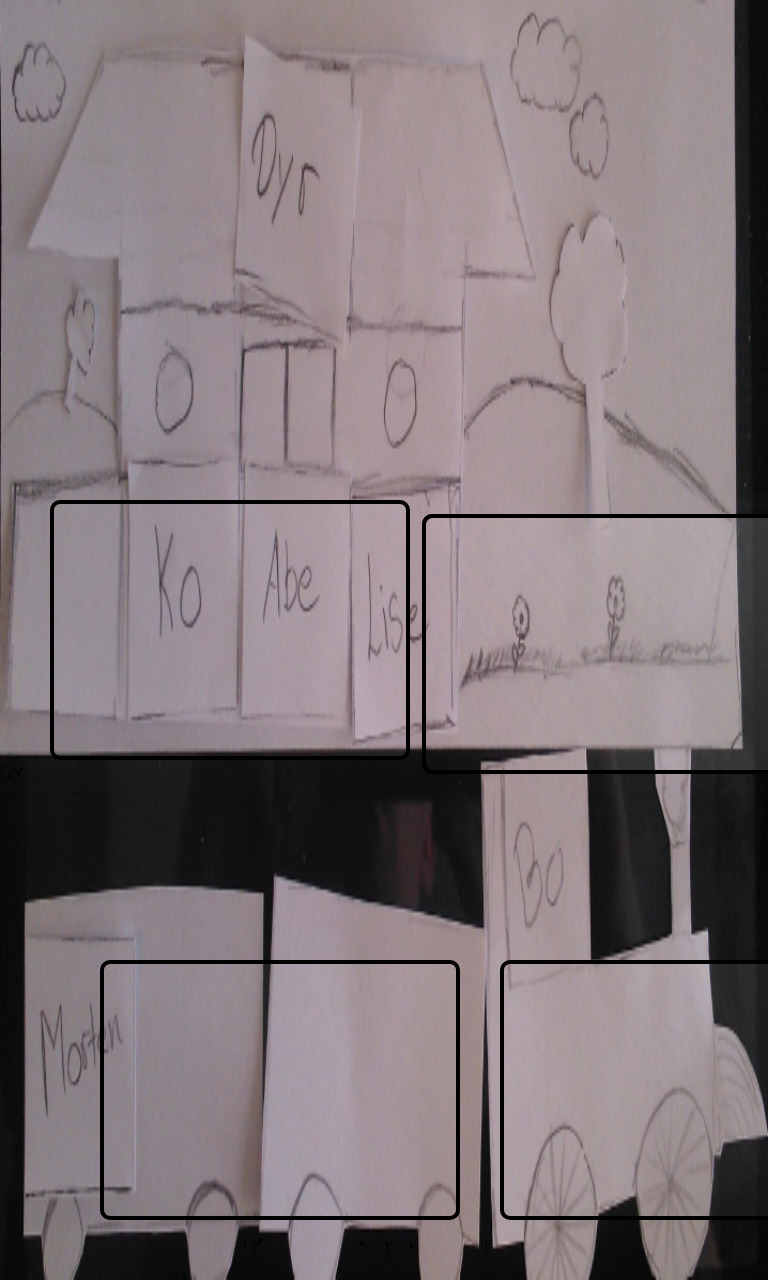
Repository: figa12/sw606f13
Layout: Source/backgroundTest/backgroundTest/res/layout/activity_main.xml
These files come from the project's save history. The layout is drawn as it stood at one moment and after the next save; the edit follows.
It is drawn on a 768 x 1280 px phone screen (xhdpi) without system bars, with theme AppTheme; the app's code is not run.

Above is the layout before, as saved 2013-02-28 08:56:15.

### Source/backgroundTest/backgroundTest/res/layout/activity_main.xml
<?xml version="1.0" encoding="utf-8"?>
<AbsoluteLayout xmlns:android="http://schemas.android.com/apk/res/android"
    android:layout_width="match_parent"
    android:layout_height="match_parent"
    android:columnCount="3"
    android:columnWidth="300dp"
    android:orientation="vertical"
    android:rowCount="3"
    android:stretchMode="columnWidth"
    android:background="@drawable/pic" >

    <LinearLayout
        android:id="@+id/topleft"
        android:layout_width="180dp"
        android:layout_height="130dp"
        android:layout_x="25dp"
        android:layout_y="250dp"
        android:background="@drawable/shape"
        android:tag="1" >
    </LinearLayout>

    <LinearLayout
        android:id="@+id/LinearLayout02"
        android:layout_width="180dp"
        android:layout_height="130dp"
        android:layout_x="211dp"
        android:layout_y="257dp"
        android:background="@drawable/shape"
        android:tag="1" >

        <LinearLayout
            android:id="@+id/LinearLayout03"
            android:layout_width="180dp"
            android:layout_height="130dp"
            android:background="@drawable/shape"
            android:tag="1" >
        </LinearLayout>

    </LinearLayout>

    <LinearLayout
        android:id="@+id/LinearLayout04"
        android:layout_width="180dp"
        android:layout_height="130dp"
        android:layout_x="404dp"
        android:layout_y="260dp"
        android:background="@drawable/shape"
        android:tag="1" >
    </LinearLayout>

    <LinearLayout
        android:id="@+id/LinearLayout05"
        android:layout_width="180dp"
        android:layout_height="130dp"
        android:layout_x="583dp"
        android:layout_y="260dp"
        android:background="@drawable/shape"
        android:tag="1" >
    </LinearLayout>

    <LinearLayout
        android:id="@+id/LinearLayout06"
        android:layout_width="180dp"
        android:layout_height="130dp"
        android:layout_x="404dp"
        android:layout_y="38dp"
        android:background="@drawable/shape"
        android:tag="1" >
    </LinearLayout>

    <LinearLayout
        android:id="@+id/topright"
        android:layout_width="180dp"
        android:layout_height="130dp"
        android:layout_x="250dp"
        android:layout_y="480dp"
        android:background="@drawable/shape"
        android:tag="2" >
    </LinearLayout>

    <LinearLayout
        android:id="@+id/LinearLayout07"
        android:layout_width="180dp"
        android:layout_height="130dp"
        android:layout_x="810dp"
        android:layout_y="400dp"
        android:background="@drawable/shape"
        android:tag="3" >
    </LinearLayout>

    <LinearLayout
        android:id="@+id/LinearLayout01"
        android:layout_width="180dp"
        android:layout_height="130dp"
        android:layout_x="450dp"
        android:layout_y="480dp"
        android:background="@drawable/shape"
        android:tag="3" >
    </LinearLayout>

    <LinearLayout
        android:id="@+id/bottomleft"
        android:layout_width="180dp"
        android:layout_height="130dp"
        android:layout_x="630dp"
        android:layout_y="480dp"
        android:background="@drawable/shape"
        android:tag="3" >
    </LinearLayout>

    <LinearLayout
        android:id="@+id/bottomright"
        android:layout_width="180dp"
        android:layout_height="130dp"
        android:layout_x="50dp"
        android:layout_y="480dp"
        android:background="@drawable/shape"
        android:tag="4" >
    </LinearLayout>

</AbsoluteLayout>

### Source/backgroundTest/backgroundTest/res/drawable/shape.xml
<?xml version="1.0" encoding="UTF-8"?>
<shape xmlns:android="http://schemas.android.com/apk/res/android"
    android:shape="rectangle" >

    <stroke
        android:width="2dp"
        android:color="#FF000000" />

    <gradient
        android:angle="225"
        android:startColor="#1Af8f8ff" />

    <corners
        android:bottomLeftRadius="4dp"
        android:bottomRightRadius="4dp"
        android:topLeftRadius="4dp"
        android:topRightRadius="4dp" />

</shape>

Loaded but not shown: Source/backgroundTest/backgroundTest/res/values/styles.xml (common file); Source/backgroundTest/backgroundTest/res/values-v11/styles.xml (common file); Source/backgroundTest/backgroundTest/res/values-v14/styles.xml (common file)

After the next save:
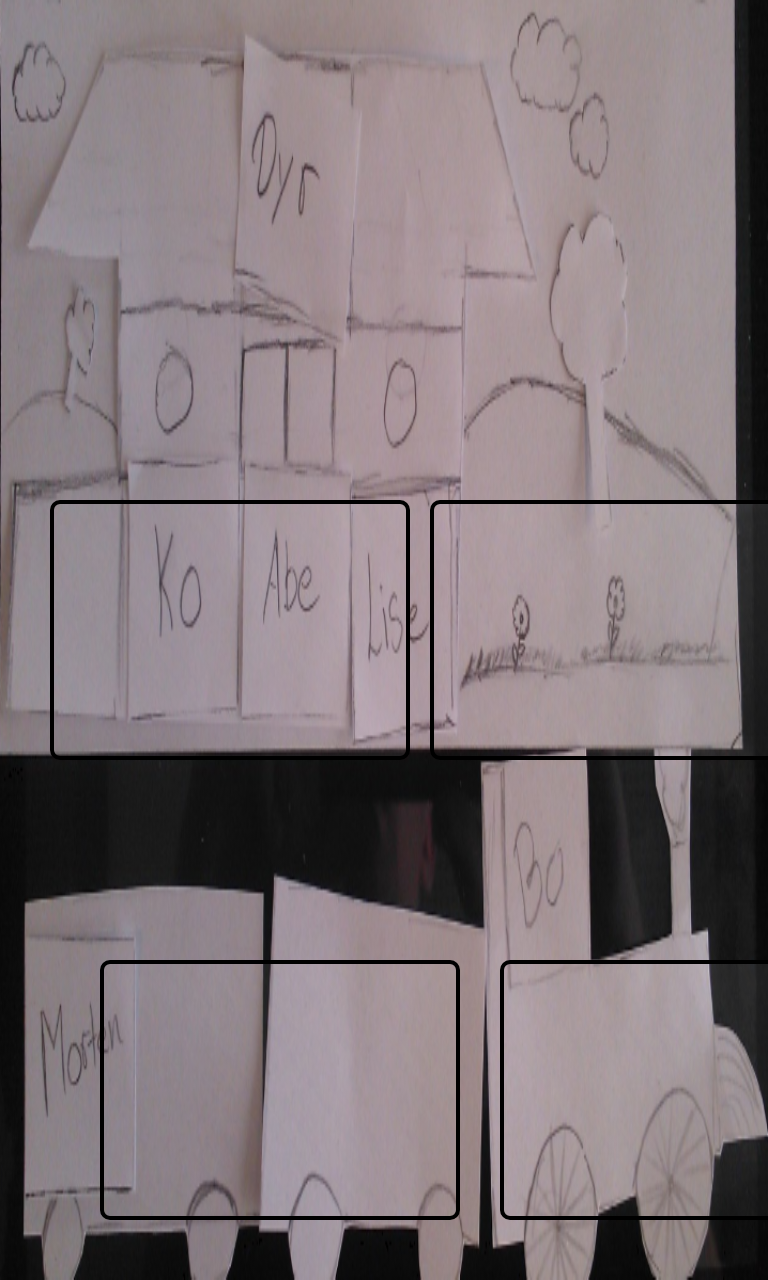
Saved 67 s later.
--- a/Source/backgroundTest/backgroundTest/res/layout/activity_main.xml
+++ b/Source/backgroundTest/backgroundTest/res/layout/activity_main.xml
@@ -23,18 +23,10 @@
         android:id="@+id/LinearLayout02"
         android:layout_width="180dp"
         android:layout_height="130dp"
-        android:layout_x="211dp"
-        android:layout_y="257dp"
+        android:layout_x="215dp"
+        android:layout_y="250dp"
         android:background="@drawable/shape"
         android:tag="1" >
-
-        <LinearLayout
-            android:id="@+id/LinearLayout03"
-            android:layout_width="180dp"
-            android:layout_height="130dp"
-            android:background="@drawable/shape"
-            android:tag="1" >
-        </LinearLayout>
 
     </LinearLayout>
 
